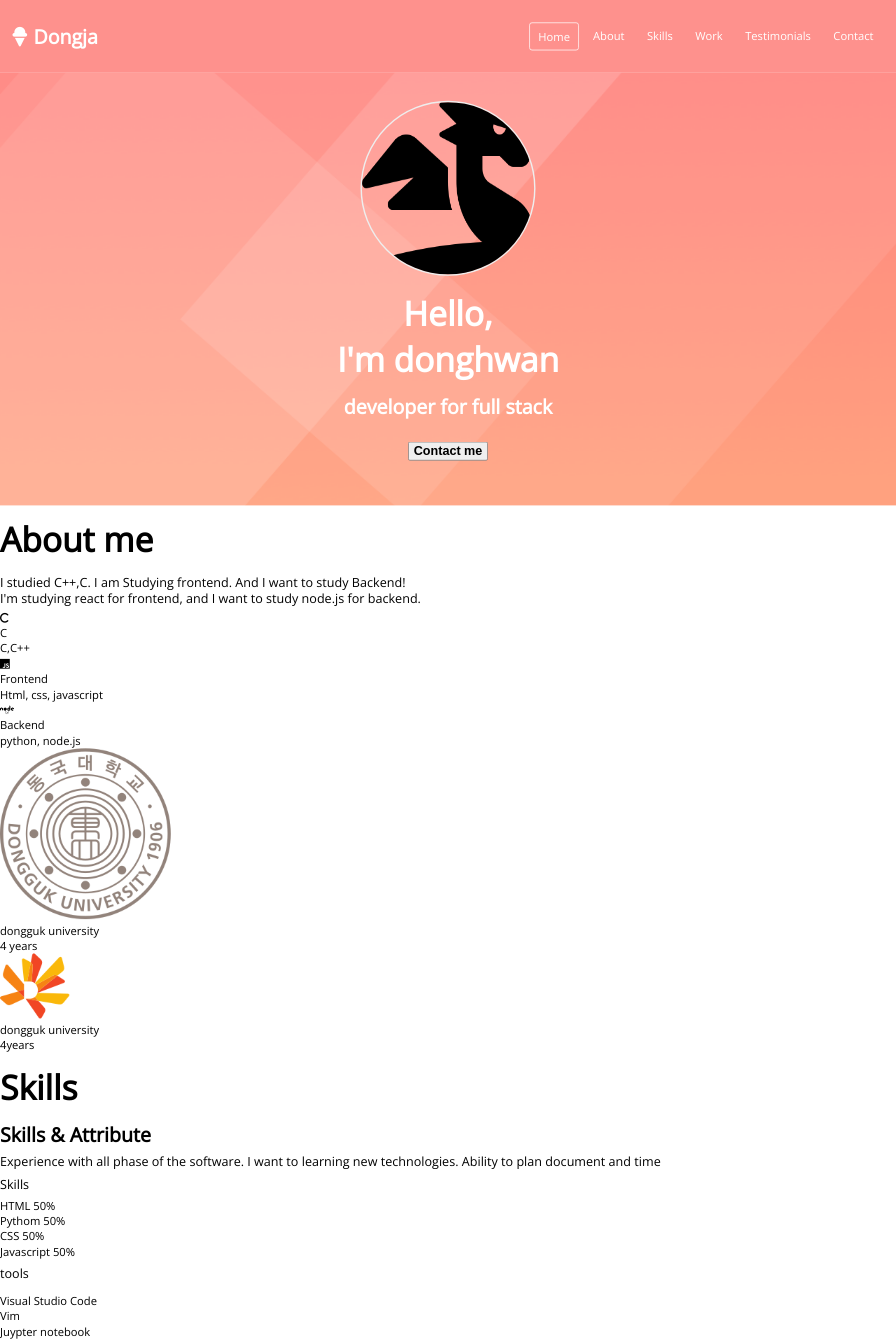
Repository: DongjaJ/portfolio
Page: index.html
An editor plug-in stored every save of this project. The page is shown before and after the next save, followed by the edit.
The browser window is 1280 px wide. The pictures show the part of the page from y = 0 to 1920 px (the page is 4207 px tall before and 4221 px after), at 70% of full size.
Some web libraries are served in a nearby version.

Above is the page before, as saved 2022-05-18 22:30:44.

After the next save:
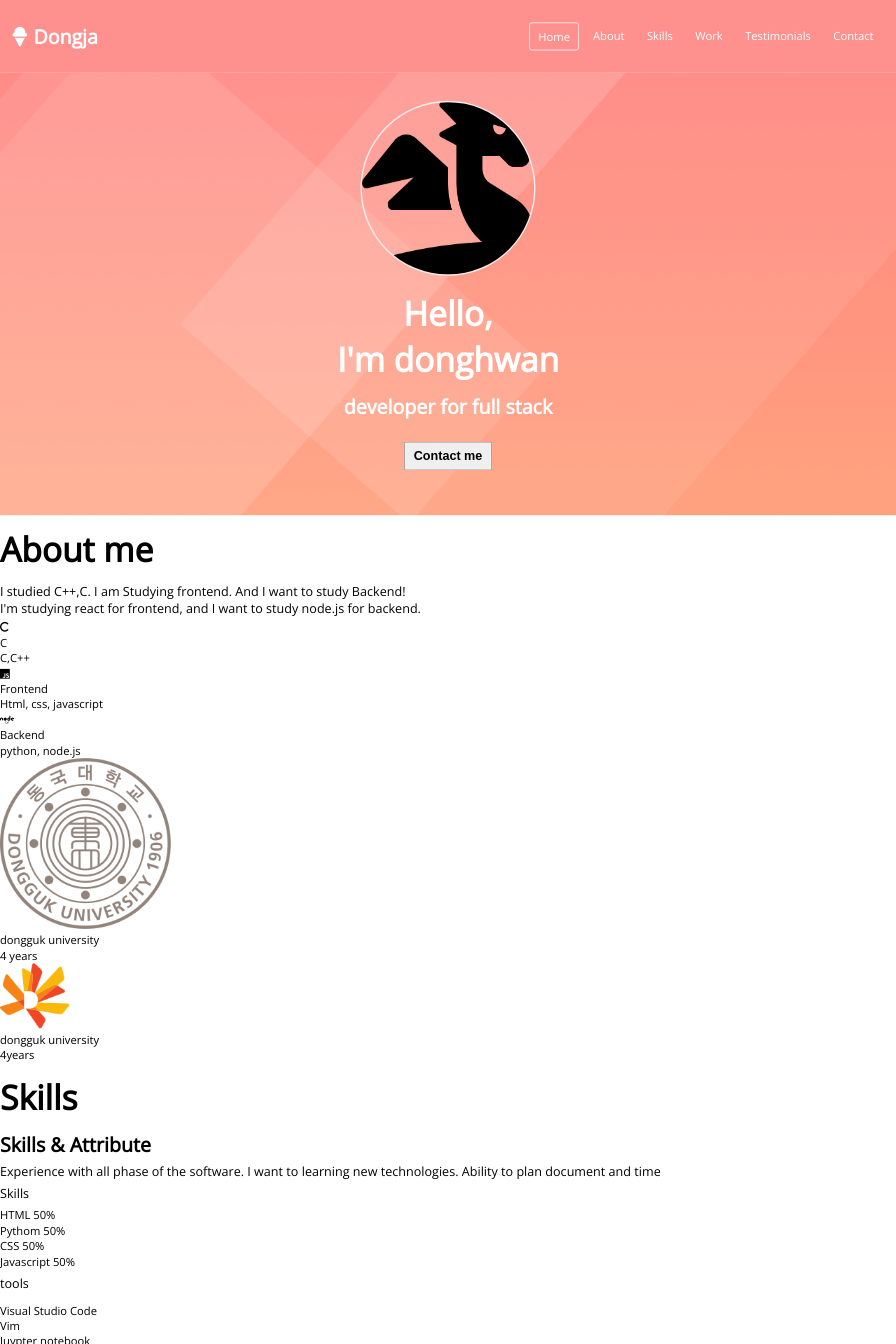
Saved 35 s later.
--- a/style.css
+++ b/style.css
@@ -134,4 +134,5 @@
 	font-size: var(--font-regular);
 	font-weight: var(--weight-bold);
 	margin: 24px;
+	padding: 8px 12px;
 }
